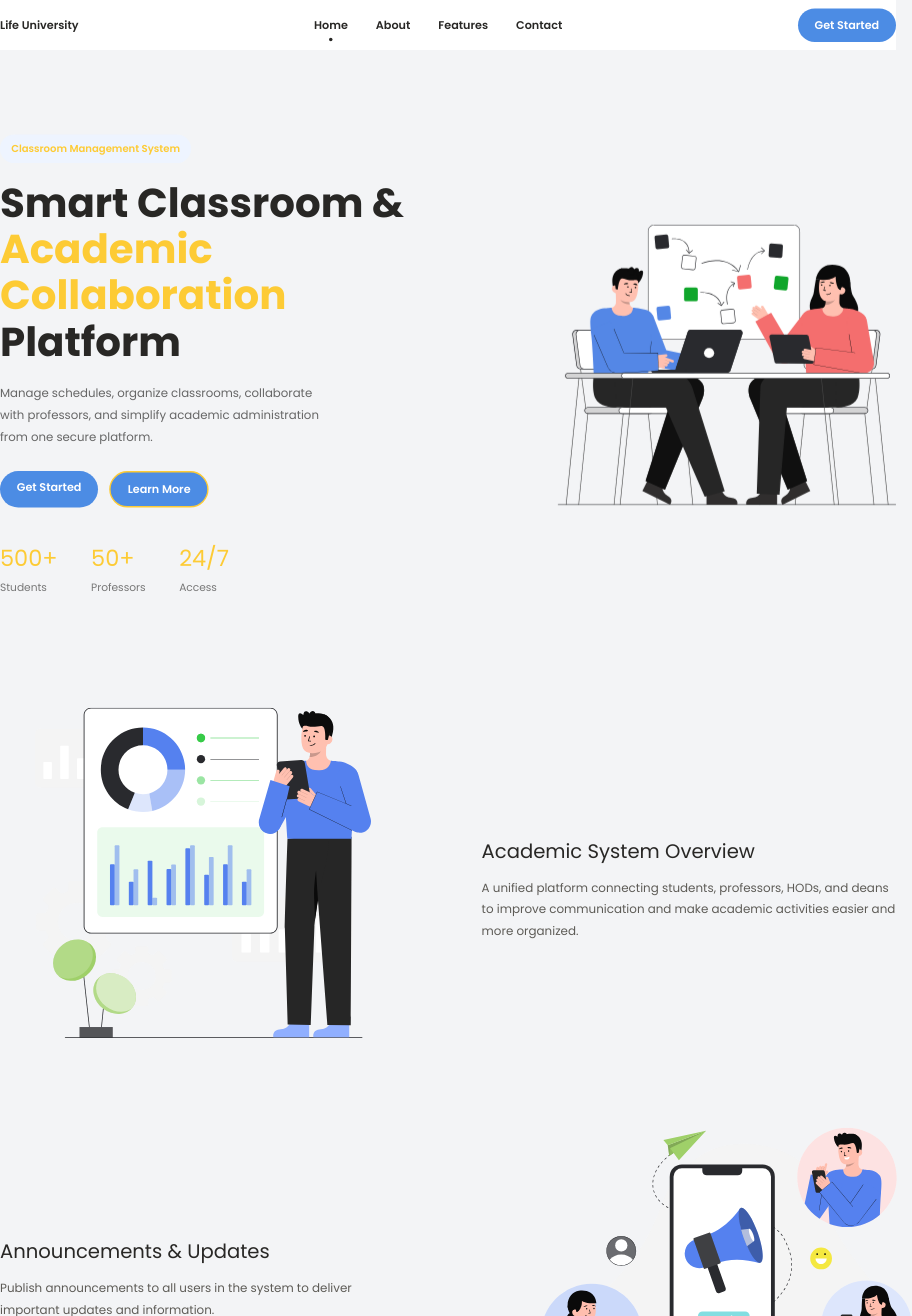
Repository: Chocovcandy/Classroom_Management_System
Page: http://localhost/
These files come from the project's save history. The page is drawn as it stood at one moment and after a run of saves; the edit follows.
The browser window is 1280 px wide. The page is 1303 px wide, so the pictures cover 1303 px, including what lies to the right of the window. The pictures show the part of the page from y = 0 to 1880 px (the page is 4131 px tall before and 4095 px after), at 70% of full size.
Some web libraries are served in a nearby version. The page is served by the project's Laravel application, run on PHP 8.4 with Laravel 12.

Above is the page before, as saved 2026-08-03 10:46:51.

After the next 4 saves:
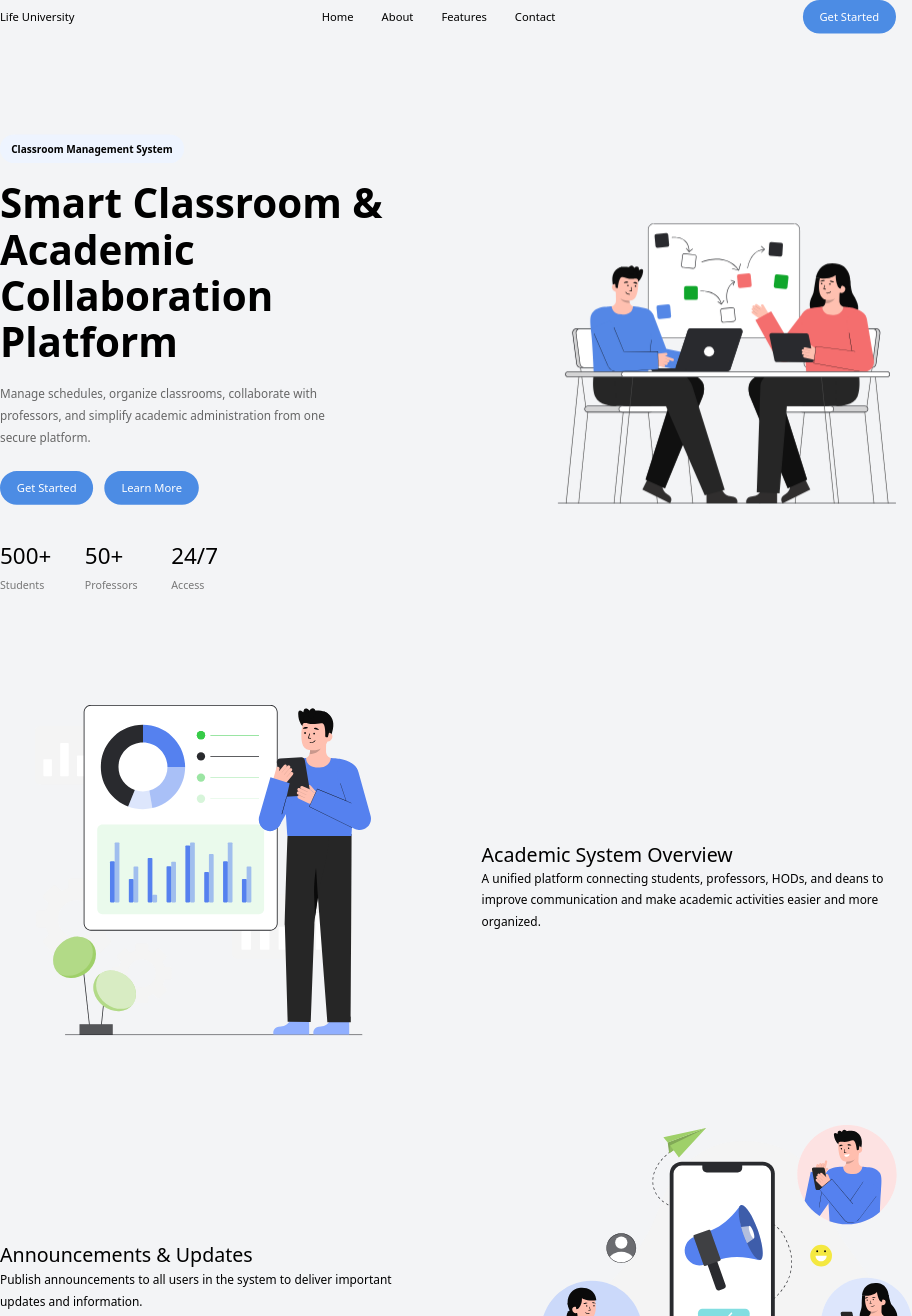
The 4 saves are shown as one change because they came seconds apart.
The last was saved 67 s later.
--- a/public/assets/css/style.css
+++ b/public/assets/css/style.css
@@ -1,43 +1,6 @@
 /*=============== GOOGLE FONTS ===============*/
 @import url("https://fonts.googleapis.com/css2?family=Poppins:wght@400;600;700&display=swap");
 /*=============== VARIABLES CSS ===============*/
-:root {
-    --header-height: 3rem;
-    /*========== Colors ==========*/
-    --hue: 45;
-    --sat: 98%;
-    --first-color: hsl(var(--hue), var(--sat), 60%);
-    --first-color-light: hsl(var(--hue), var(--sat), 85%);
-    --first-color-lighten: hsl(var(--hue), var(--sat), 80%);
-    --first-color-alt: hsl(var(--hue), var(--sat), 53%);
-    --title-color: hsl(var(--hue), 4%, 15%);
-    --text-color: hsl(var(--hue), 4%, 35%);
-    --text-color-light: hsl(var(--hue), 4%, 65%);
-    --body-color: hsl(var(--hue), 0%, 100%);
-    --container-color: #fff;
-    --scroll-bar-color: hsl(var(--hue), 4%, 85%);
-    --scroll-thumb-color: hsl(var(--hue), 4%, 75%);
-    /*========== Font and typography ==========*/
-    --body-font: "Poppins", sans-serif;
-    --biggest-font-size: 2rem;
-    --h2-font-size: 1.25rem;
-    --h3-font-size: 1.125rem;
-    --normal-font-size: 0.938rem;
-    --small-font-size: 0.813rem;
-    --smaller-font-size: 0.75rem;
-    /*========== Font weight ==========*/
-    --font-semi-bold: 600;
-    --font-bold: 700;
-    /*========== Margenes ==========*/
-    --mb-0-5: 0.5rem;
-    --mb-0-75: 0.75rem;
-    --mb-1: 1rem;
-    --mb-1-5: 1.5rem;
-    --mb-2: 2rem;
-    /*========== z index ==========*/
-    --z-tooltip: 10;
-    --z-fixed: 100;
-}
 
 @media screen and (min-width: 968px) {
     :root {

After the 2 saves that followed:
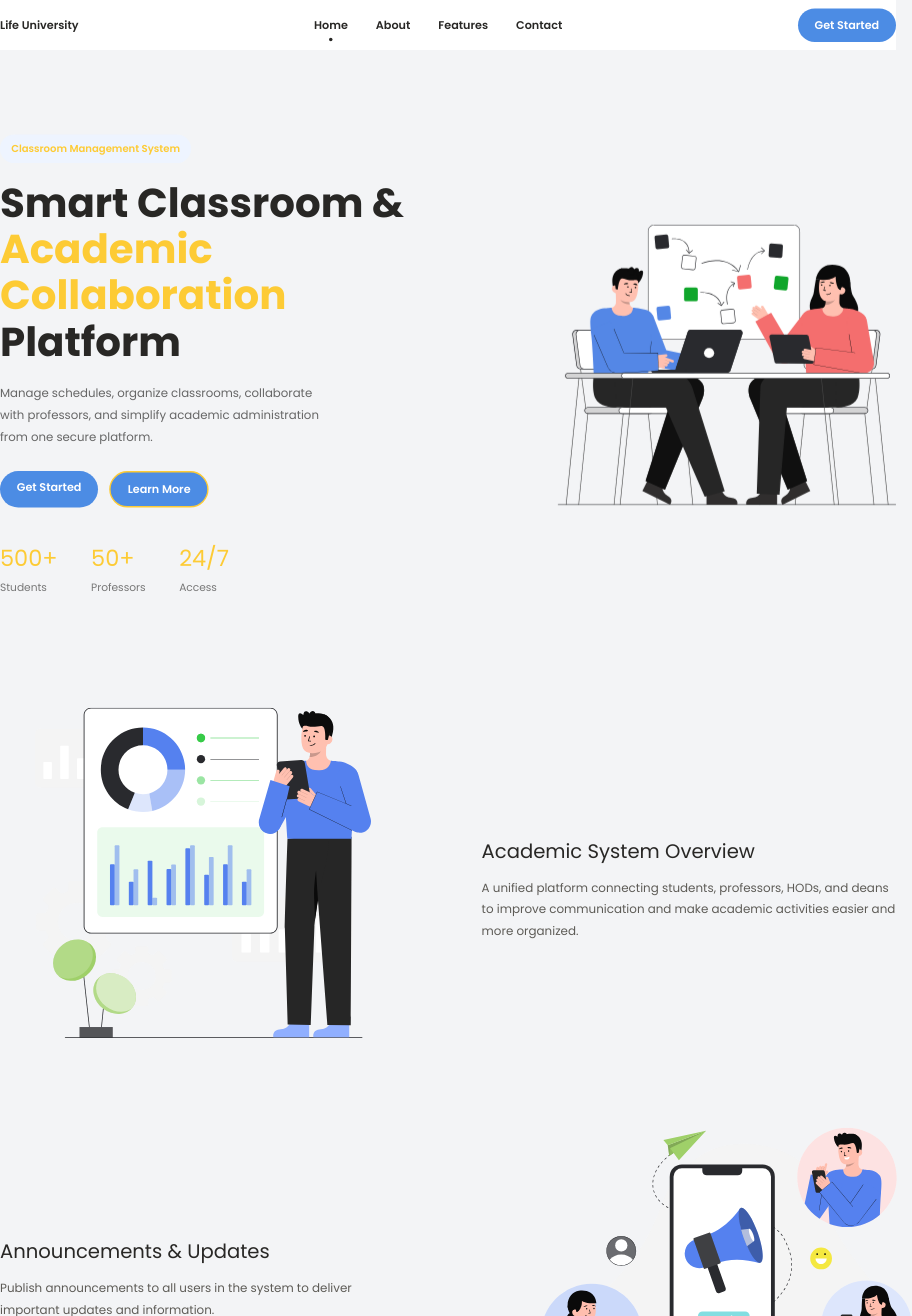
The 2 saves are shown as one change because they came seconds apart.
The last was saved 89 s later.
--- a/public/assets/css/style.css
+++ b/public/assets/css/style.css
@@ -1,6 +1,43 @@
 /*=============== GOOGLE FONTS ===============*/
 @import url("https://fonts.googleapis.com/css2?family=Poppins:wght@400;600;700&display=swap");
 /*=============== VARIABLES CSS ===============*/
+:root {
+    --header-height: 3rem;
+    /*========== Colors ==========*/
+    --hue: 45;
+    --sat: 98%;
+    --first-color: hsl(var(--hue), var(--sat), 60%);
+    --first-color-light: hsl(var(--hue), var(--sat), 85%);
+    --first-color-lighten: hsl(var(--hue), var(--sat), 80%);
+    --first-color-alt: hsl(var(--hue), var(--sat), 53%);
+    --title-color: hsl(var(--hue), 4%, 15%);
+    --text-color: hsl(var(--hue), 4%, 35%);
+    --text-color-light: hsl(var(--hue), 4%, 65%);
+    --body-color: hsl(var(--hue), 0%, 100%);
+    --container-color: #fff;
+    --scroll-bar-color: hsl(var(--hue), 4%, 85%);
+    --scroll-thumb-color: hsl(var(--hue), 4%, 75%);
+    /*========== Font and typography ==========*/
+    --body-font: "Poppins", sans-serif;
+    --biggest-font-size: 2rem;
+    --h2-font-size: 1.25rem;
+    --h3-font-size: 1.125rem;
+    --normal-font-size: 0.938rem;
+    --small-font-size: 0.813rem;
+    --smaller-font-size: 0.75rem;
+    /*========== Font weight ==========*/
+    --font-semi-bold: 600;
+    --font-bold: 700;
+    /*========== Margenes ==========*/
+    --mb-0-5: 0.5rem;
+    --mb-0-75: 0.75rem;
+    --mb-1: 1rem;
+    --mb-1-5: 1.5rem;
+    --mb-2: 2rem;
+    /*========== z index ==========*/
+    --z-tooltip: 10;
+    --z-fixed: 100;
+}
 
 @media screen and (min-width: 968px) {
     :root {
